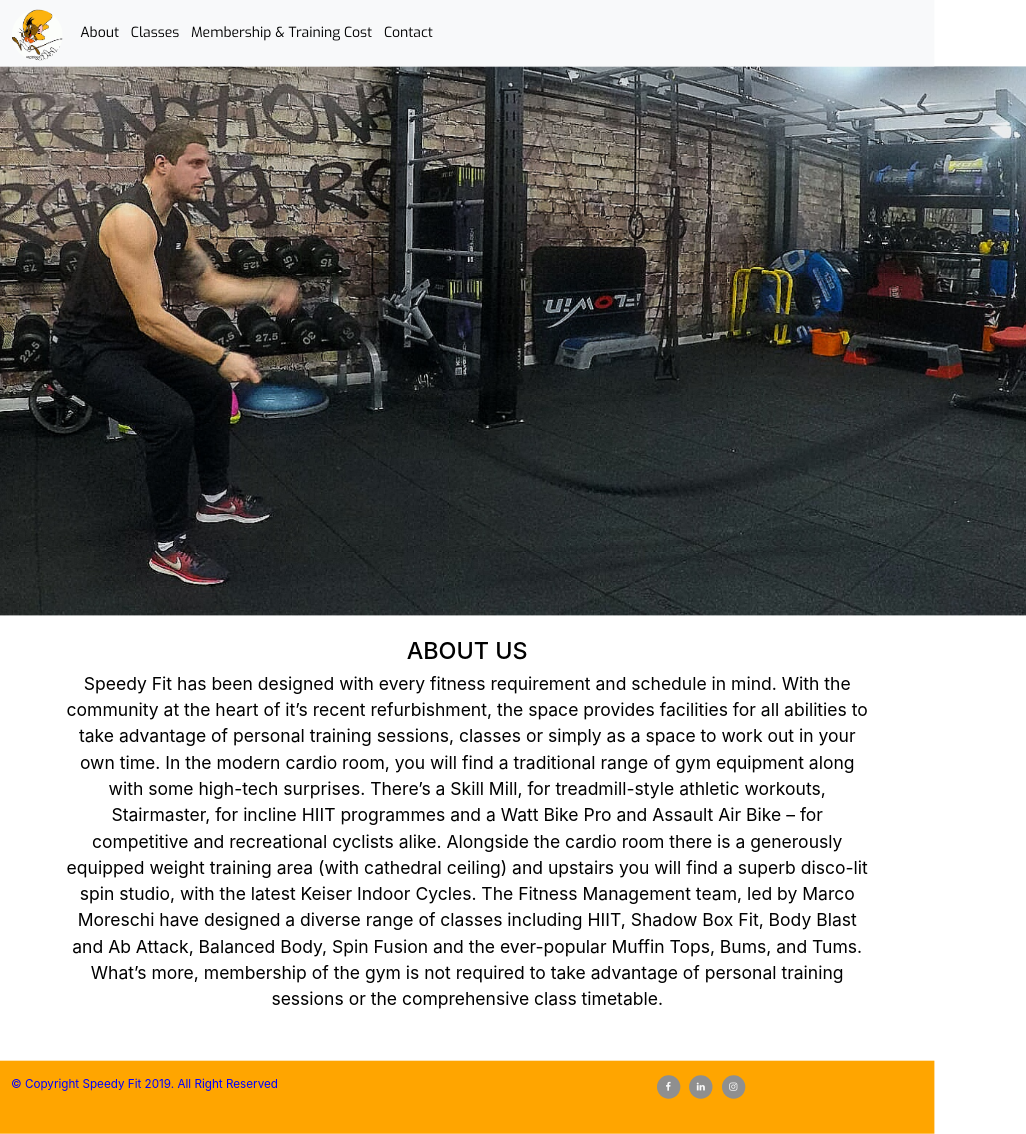
Repository: marcomoreschi/Milestrone-project
Page: index.html
The author's editor kept a record of every edit. The page is drawn from the files as they stood at one moment, then again after the next edit.
The browser window is 1280 px wide. The page is 1406 px wide, then 1280 px, so the pictures cover 1406 px, including what lies to the right of the window. The pictures show the whole page, at 73% of full size.
Some web libraries are served in a nearby version.

Above is the page before.

After the next edit:
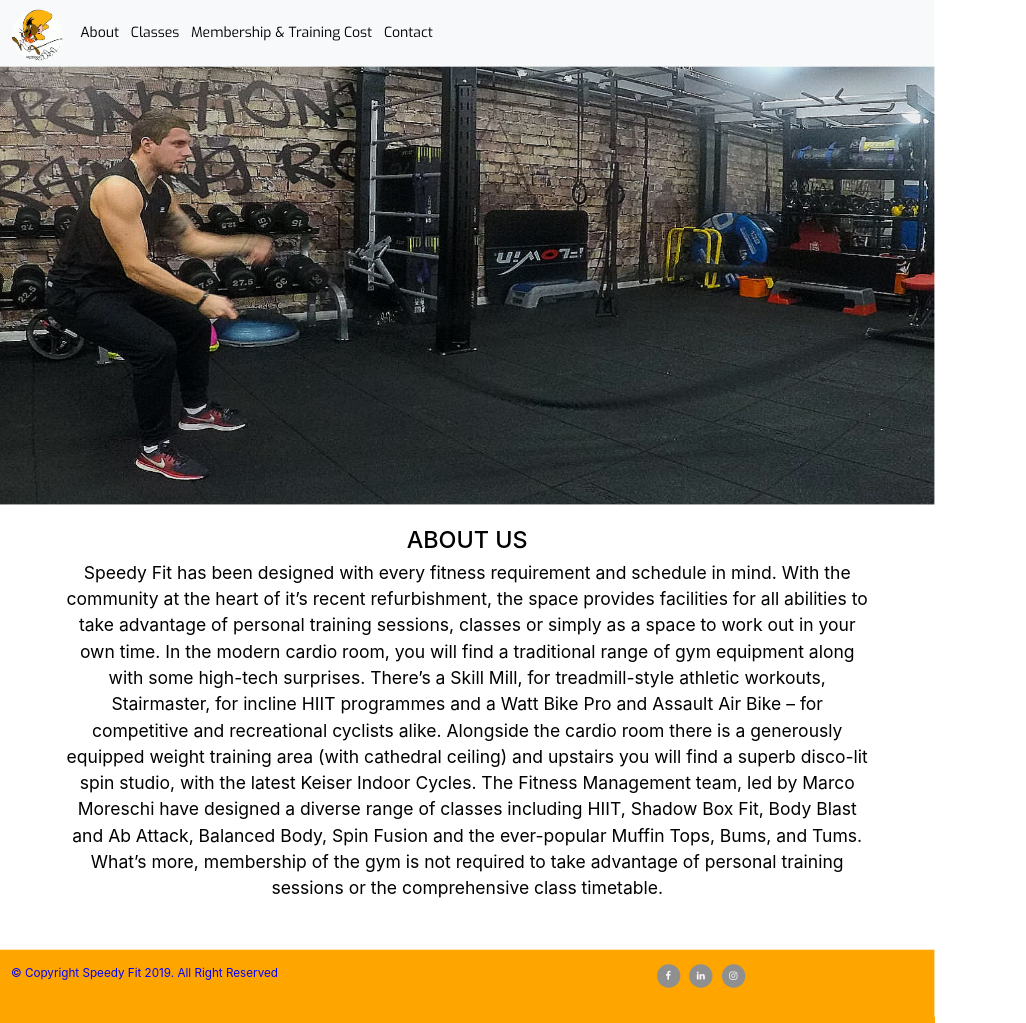
The edit:
--- a/index.html
+++ b/index.html
@@ -42,7 +42,8 @@
         </nav>
 
     </header>
-    <img src="assets/images/rope.jpg"></img>
+
+    <img class=rope src="assets/images/rope.jpg"></img>
     <section class="container">
 
         <div class="row">
